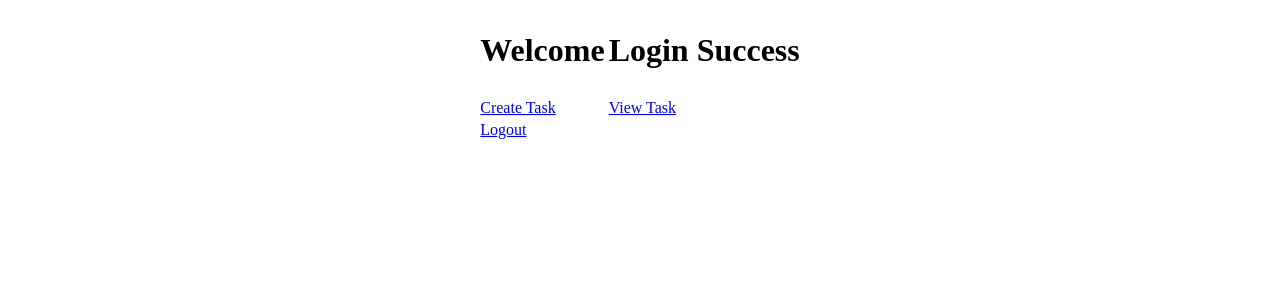
Repository: Dikshak1116/JavaProjects
Page: http://localhost/MyTestApp/views/welcome.jsp
These files come from the project's save history. The page is drawn as it stood at one moment and after the next save; the edit follows.
The browser window is 1280 px wide. The pictures show the whole page.
The page is served by Tomcat 9. Other server files are loaded and not shown.

Above is the page before, as saved 2023-03-14 07:39:26.

### MyTestApp/src/main/webapp/views/welcome.jsp
<%@ page language="java" contentType="text/html; charset=ISO-8859-1"
    pageEncoding="ISO-8859-1"%>

<%@ taglib uri="http://www.springframework.org/tags/form" prefix="form"%>

<!DOCTYPE html>
<html>
<head>
<meta charset="ISO-8859-1">
<title>Welcome</title>
</head>
<body>

<font color='green'>${msg}</font>
<table align="center">
<%
    String email=request.getParameter("email");
    session.setAttribute("Email",email);
  %>
            <tr>
                <td><h1>Welcome ${sessionScope.email }</h1></td>
                <td><h1>Login Success</h1></td>

            </tr>
            <tr>
            </tr>
            <tr>
            </tr>

            <tr>
            <td><a href="task">Create Task</a></td>
			<td><a href="viewTask">View Task</a></td>
			<tr>
                <td><a href="/">Logout</a>
                </td>
            </tr>
            </tr>
        </table>
</body>
</html>

After the next save:
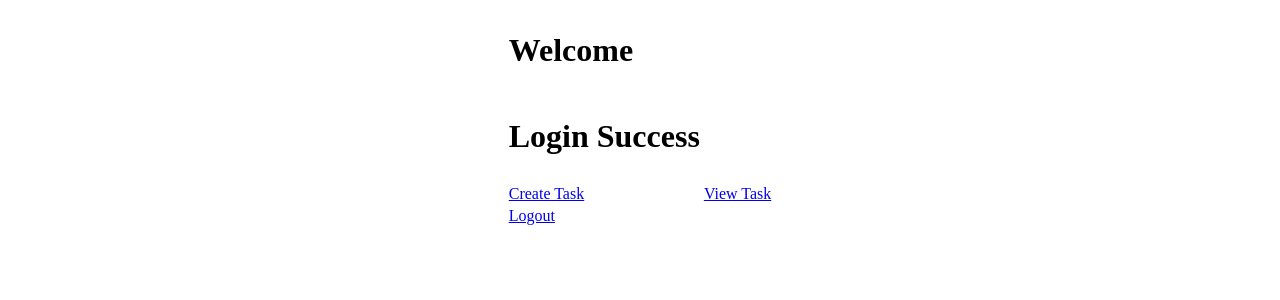
Saved 106 s later.
--- a/MyTestApp/src/main/webapp/views/welcome.jsp
+++ b/MyTestApp/src/main/webapp/views/welcome.jsp
@@ -14,11 +14,14 @@
 <font color='green'>${msg}</font>
 <table align="center">
 <%
-    String email=request.getParameter("email");
-    session.setAttribute("Email",email);
+    String name=request.getParameter("name");
+    session.setAttribute("name",name);
   %>
             <tr>
-                <td><h1>Welcome ${sessionScope.email }</h1></td>
+                <td><h1>Welcome ${sessionScope.name }</h1></td>
+                <tr>
+                <tr/>
+
                 <td><h1>Login Success</h1></td>
 
             </tr>

After the save that followed:
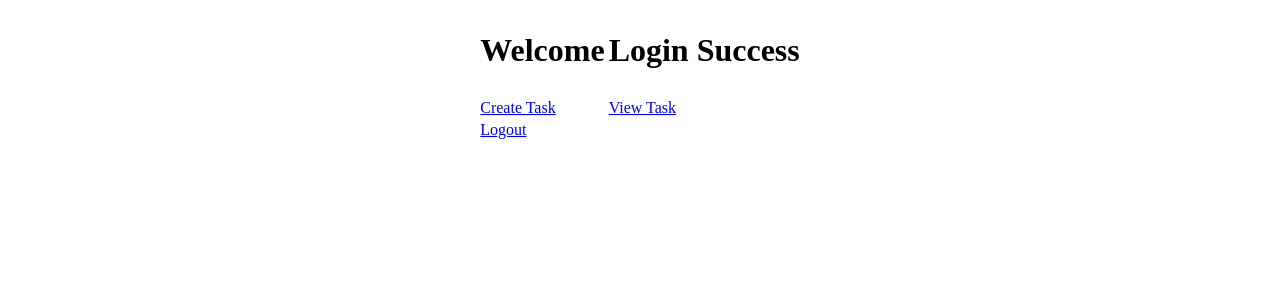
Saved 2 min 29 s later.
--- a/MyTestApp/src/main/webapp/views/welcome.jsp
+++ b/MyTestApp/src/main/webapp/views/welcome.jsp
@@ -14,14 +14,11 @@
 <font color='green'>${msg}</font>
 <table align="center">
 <%
-    String name=request.getParameter("name");
-    session.setAttribute("name",name);
+    String email=request.getParameter("name");
+    session.setAttribute("Email",email);
   %>
             <tr>
-                <td><h1>Welcome ${sessionScope.name }</h1></td>
-                <tr>
-                <tr/>
-
+                <td><h1>Welcome ${sessionScope.email }</h1></td>
                 <td><h1>Login Success</h1></td>
 
             </tr>
